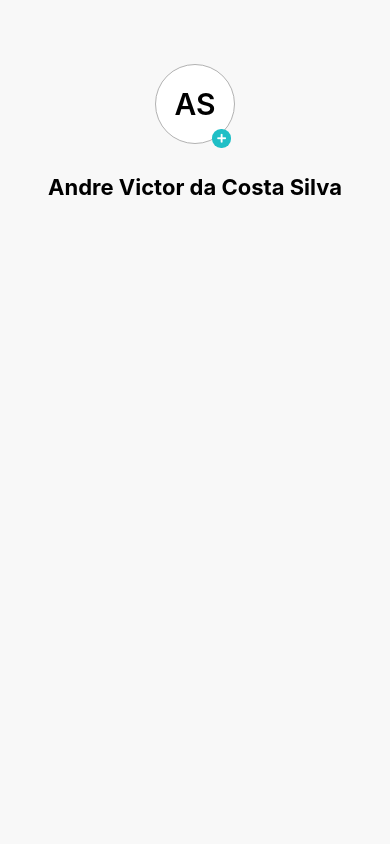
Repository: andre06x/native-estacio
Screen: /
The author's editor kept a copy of each file at every save. The screen is drawn from the files as they stood at one save, then again after a run of saves.
The app was drawn by React Native's web renderer in a window 390 px wide. The project was rebuilt for these pictures with package versions that can differ from the ones it lists, and the page was loaded fresh each time. Also part of the build but not shown: src/Pages/Login/index.tsx, src/Pages/Home/index.tsx.

Above is the screen before, as saved 2022-03-26 17:31:19.

After the next 3 saves:
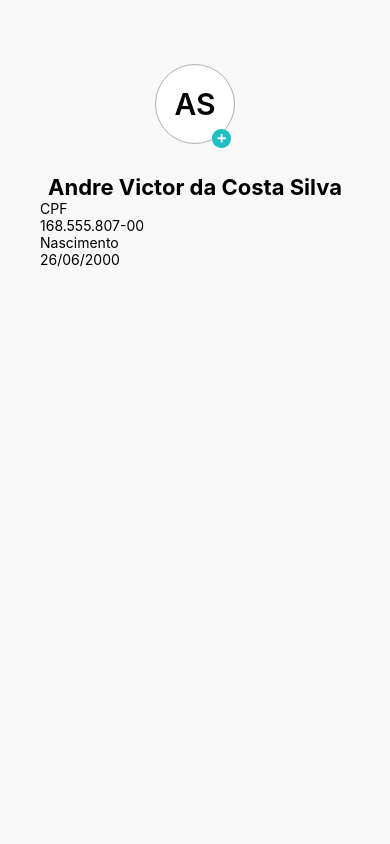
The 3 saves are shown as one change because 1 did not build or start and some came seconds apart.
The last was saved 3 min 16 s later.
--- a/src/Pages/Carteirinha/index.tsx
+++ b/src/Pages/Carteirinha/index.tsx
@@ -19,6 +19,20 @@ const Carteirinha = ({ navigation }: { navigation: any }) => {
 
 
       <Text style={styles.nome}>Andre Victor da Costa Silva</Text>
+
+      <View style={{display: "flex"}}>
+
+        <View>
+          <Text>CPF</Text>
+          <Text>168.555.807-00</Text>
+        </View>
+
+        <View>
+          <Text>Nascimento</Text>
+          <Text>26/06/2000</Text>
+        </View>
+
+      </View>
     </View>
   );
 }
